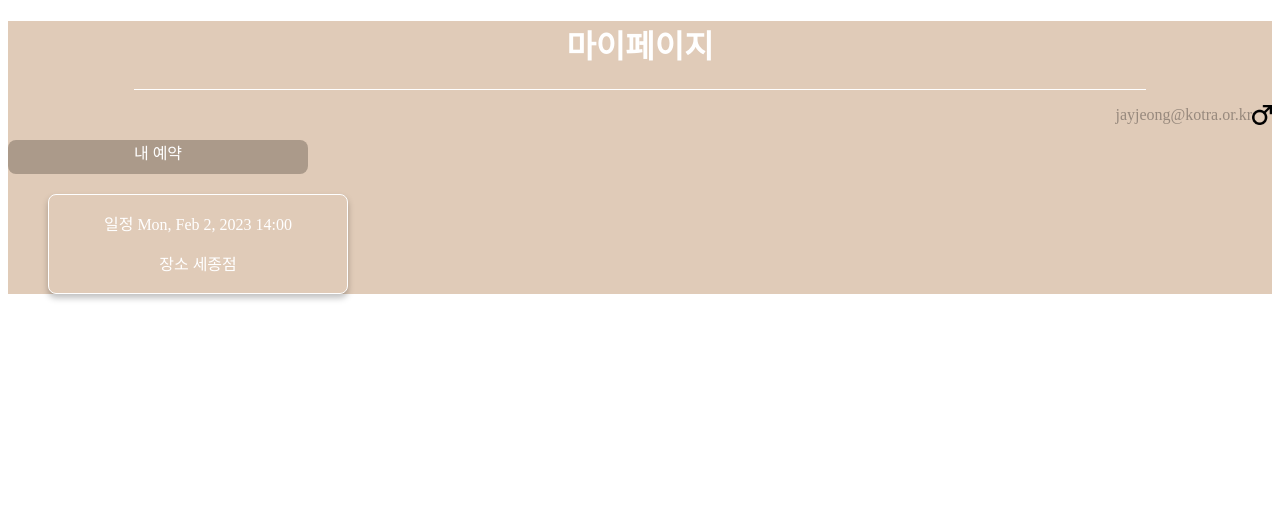
Repository: Jay-Jeong1988/speed_dating_pwa
Page: /booked_events
The author's editor kept a copy of each file at every save. The page is drawn from the files as they stood at one save, then again after the next save.
The browser window is 1280 px wide. The pictures show the whole page.
The project was rebuilt for these pictures with package versions that can differ from the ones it lists, and the page was loaded fresh each time. Also part of the build but not shown: vue.config.js, src/views/LoginPage.vue, src/views/DashBoard.vue.

Above is the page before, as saved 2023-02-11 10:41:45.

After the next save:
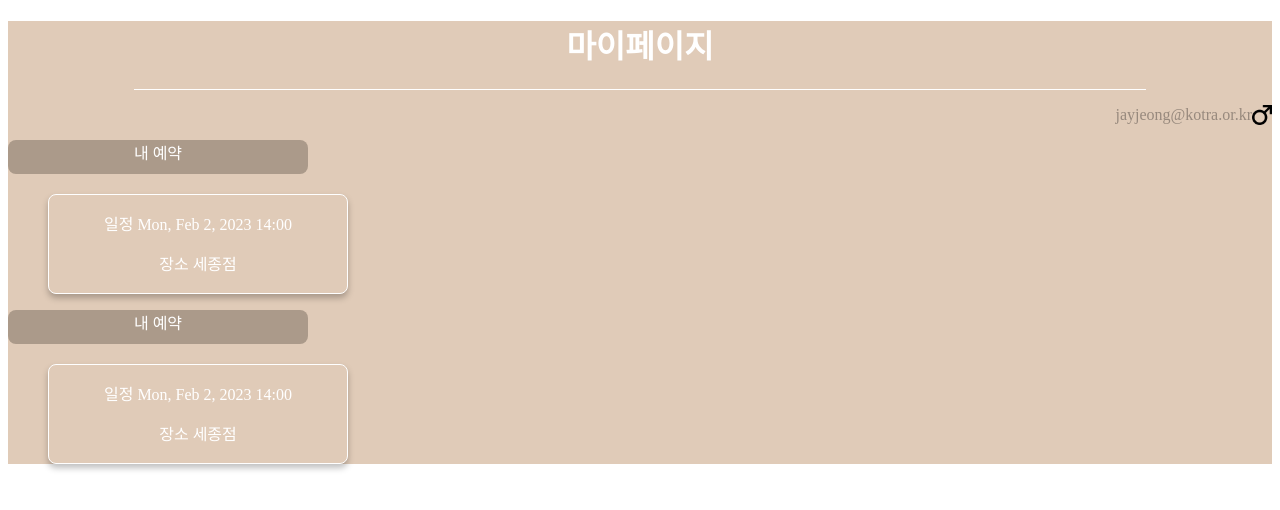
Saved 15 s later.
--- a/src/views/BookedEventsPage.vue
+++ b/src/views/BookedEventsPage.vue
@@ -2,6 +2,17 @@
     <div class="BookedEventsPage">
       <Header></Header>
       <div class="menuContainer" v-if="booked_events.length">
+        <div class="reservation-type">내 예약</div>
+        <ul class="menus" v-for="event in finished_events" :key="event.id">
+            <li >
+              <div class="reservation">
+                <div class="reservation-card">
+                  <p>일정 {{ event.date }} {{  event.time }}</p>
+                  <p>장소 {{ event.branch }}</p>
+                </div>
+              </div>
+            </li>
+        </ul>
         <div class="reservation-type">내 예약</div>
         <ul class="menus" v-for="event in finished_events" :key="event.id">
             <li >
